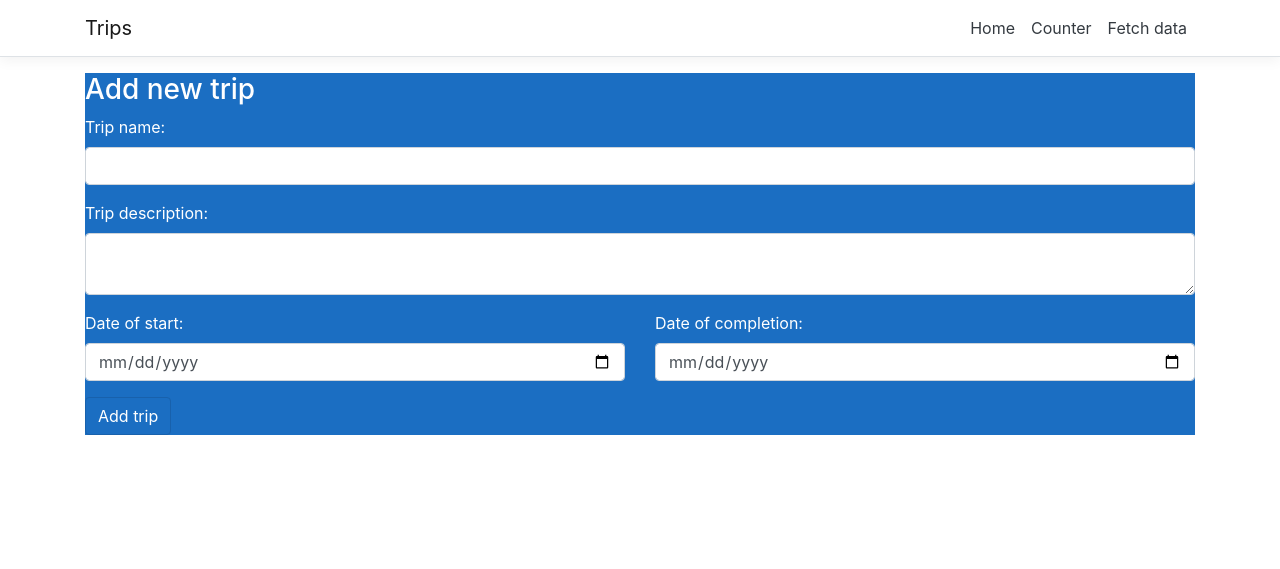
Repository: DevLuDaley/Trips
Page: /create (app in ClientApp/)
An editor plug-in stored every save of this project. The page is shown before and after the next save, followed by the edit.
The browser window is 1280 px wide. The pictures show the whole page.
The project was rebuilt for these pictures with package versions that can differ from the ones it lists, and the page was loaded fresh each time. Also part of the build but not shown: ClientApp/src/components/Home.js, ClientApp/src/components/FetchData.js, ClientApp/src/components/Counter.js, ClientApp/src/components/Trip/Trips.jsx.

Above is the page before, as saved 2020-11-06 11:33:12.

### ClientApp/public/index.html
<!DOCTYPE html>
<html lang="en">
  <head>
    <meta charset="utf-8">
    <meta name="viewport" content="width=device-width, initial-scale=1, shrink-to-fit=no">
    <meta name="theme-color" content="#000000">
    <base href="%PUBLIC_URL%/" />
    <!--
      manifest.json provides metadata used when your web app is added to the
      homescreen on Android. See https://developers.google.com/web/fundamentals/engage-and-retain/web-app-manifest/
    -->
    <link rel="manifest" href="%PUBLIC_URL%/manifest.json">
    <link rel="shortcut icon" href="%PUBLIC_URL%/favicon.ico">
    <!--
      Notice the use of %PUBLIC_URL% in the tags above.
      It will be replaced with the URL of the `public` folder during the build.
      Only files inside the `public` folder can be referenced from the HTML.

      Unlike "/favicon.ico" or "favicon.ico", "%PUBLIC_URL%/favicon.ico" will
      work correctly both with client-side routing and a non-root public URL.
      Learn how to configure a non-root public URL by running `npm run build`.
    -->
    <title>Trips</title>
  </head>
  <body>
    <noscript>
      You need to enable JavaScript to run this app.
    </noscript>
    <div id="root"></div>
    <!--
      This HTML file is a template.
      If you open it directly in the browser, you will see an empty page.

      You can add webfonts, meta tags, or analytics to this file.
      The build step will place the bundled scripts into the <body> tag.

      To begin the development, run `npm start` or `yarn start`.
      To create a production bundle, use `npm run build` or `yarn build`.
    -->
  </body>
</html>

### ClientApp/src/App.js
import React, { Component } from 'react';
import { Route } from 'react-router';
import { Layout } from './components/Layout';
import { Home } from './components/Home';
import { FetchData } from './components/FetchData';
import { Counter } from './components/Counter';

import './custom.css'
import Trips from './components/Trip/Trips';
import CreateTrip from './components/Trip/CreateTrip';

export default class App extends Component {
  static displayName = App.name;

  render () {
    return (
      <Layout>
        <Route exact path='/' component={Home} />
        <Route path='/counter' component={Counter} />
        <Route path='/fetch-data' component={FetchData} />
        <Route path='/trips' component={Trips} />
        <Route path='/create' component={CreateTrip} />
      </Layout>
    );
  }
}

### ClientApp/src/custom.css
/* Provide sufficient contrast against white background */
a {
  color: #0366d6;
}

code {
  color: #E01A76;
}

.btn-primary {
  color: #fff;
  background-color: #1b6ec2;
  border-color: #1861ac;
}

.trip-form {
  color: #fff;
  background-color: #1b6ec2;
  border-color: #1861ac;
}

### ClientApp/src/components/Trip/CreateTrip.jsx
import React, { Fragment, Component } from 'react'
class Create extends Component {
    constructor(props){
        super(props)
        this.state = {
                   name: '',
                   description: '',
                   dateStarted: null,
                   dateCompleted: null
          }

    }
    render() {
        return (
        <Fragment>
            <div className="trip-form" >
                <h3>Add new trip</h3>
                <form onSubmit={this.onSubmit}>
                    <div className="form-group">
                        <label>Trip name:  </label>
                        <input
                          type="text"
                          className="form-control"
                         />
                    </div>
                    <div className="form-group">
                        <label>Trip description: </label>
                        <textarea
			  type="text"
                          className="form-control"
                        />
                    </div>
                    <div className="row">
                        <div className="col col-md-6 col-sm-6 col-xs-12">
                            <div className="form-group">
                                <label>Date of start:  </label>
                                <input
                                  type="date"
                                  className="form-control"
                                />
                            </div>
                        </div>
                        <div className="col col-md-6 col-sm-6 col-xs-12">
                          <div className="form-group">
                            <label>Date of completion:  </label>
                            <input
                                type="date"
                                className="form-control"
                            />
                            </div>
                        </div>
                    </div>


                    <div className="form-group">
                        <input type="submit" value="Add trip" className="btn btn-primary"/>
                    </div>
                </form>
            </div>
        </Fragment> );
    }
}

export default Create;

### ClientApp/src/components/NavMenu.js
import React, { Component } from 'react';
import { Collapse, Container, Navbar, NavbarBrand, NavbarToggler, NavItem, NavLink } from 'reactstrap';
import { Link } from 'react-router-dom';
import './NavMenu.css';

export class NavMenu extends Component {
  static displayName = NavMenu.name;

  constructor (props) {
    super(props);

    this.toggleNavbar = this.toggleNavbar.bind(this);
    this.state = {
      collapsed: true
    };
  }

  toggleNavbar () {
    this.setState({
      collapsed: !this.state.collapsed
    });
  }

  render () {
    return (
      <header>
        <Navbar className="navbar-expand-sm navbar-toggleable-sm ng-white border-bottom box-shadow mb-3" light>
          <Container>
            <NavbarBrand tag={Link} to="/trips">Trips</NavbarBrand>
            <NavbarToggler onClick={this.toggleNavbar} className="mr-2" />
            <Collapse className="d-sm-inline-flex flex-sm-row-reverse" isOpen={!this.state.collapsed} navbar>
              <ul className="navbar-nav flex-grow">
                <NavItem>
                  <NavLink tag={Link} className="text-dark" to="/">Home</NavLink>
                </NavItem>
                <NavItem>
                  <NavLink tag={Link} className="text-dark" to="/counter">Counter</NavLink>
                </NavItem>
                <NavItem>
                  <NavLink tag={Link} className="text-dark" to="/fetch-data">Fetch data</NavLink>
                </NavItem>
              </ul>
            </Collapse>
          </Container>
        </Navbar>
      </header>
    );
  }
}

Loaded but not shown: ClientApp/src/index.js (common file); ClientApp/src/registerServiceWorker.js (common file); ClientApp/src/components/Layout.js (common file); ClientApp/src/components/NavMenu.css (common file)

After the next save:
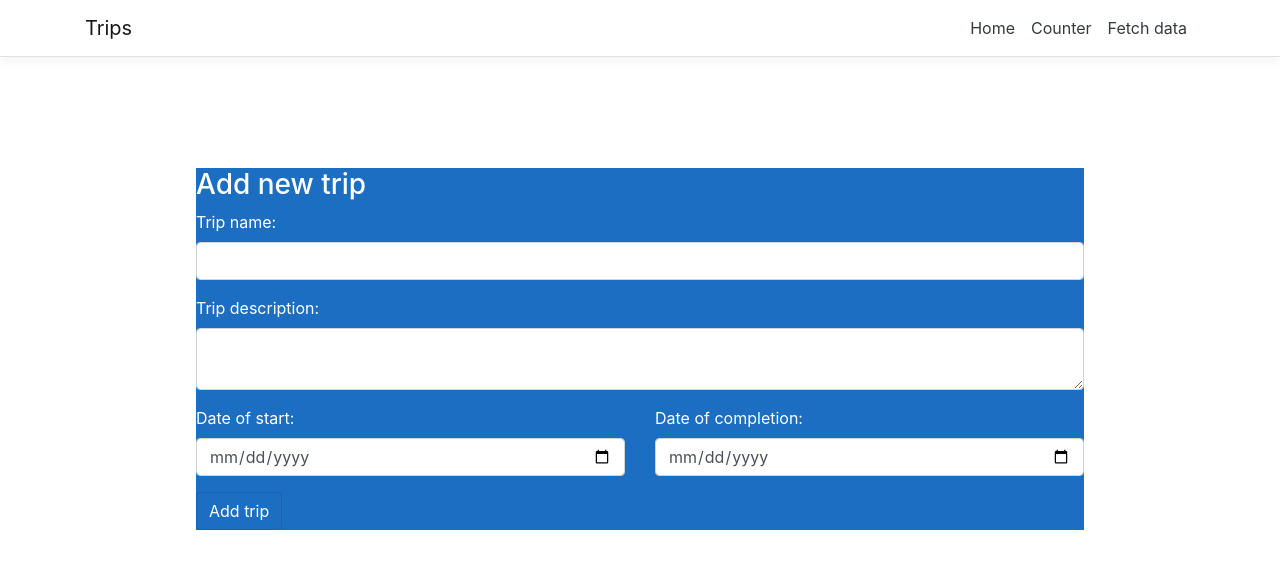
Saved 23 s later.
--- a/ClientApp/src/custom.css
+++ b/ClientApp/src/custom.css
@@ -17,4 +17,5 @@ code {
   color: #fff;
   background-color: #1b6ec2;
   border-color: #1861ac;
+  margin: 10%;
 }
